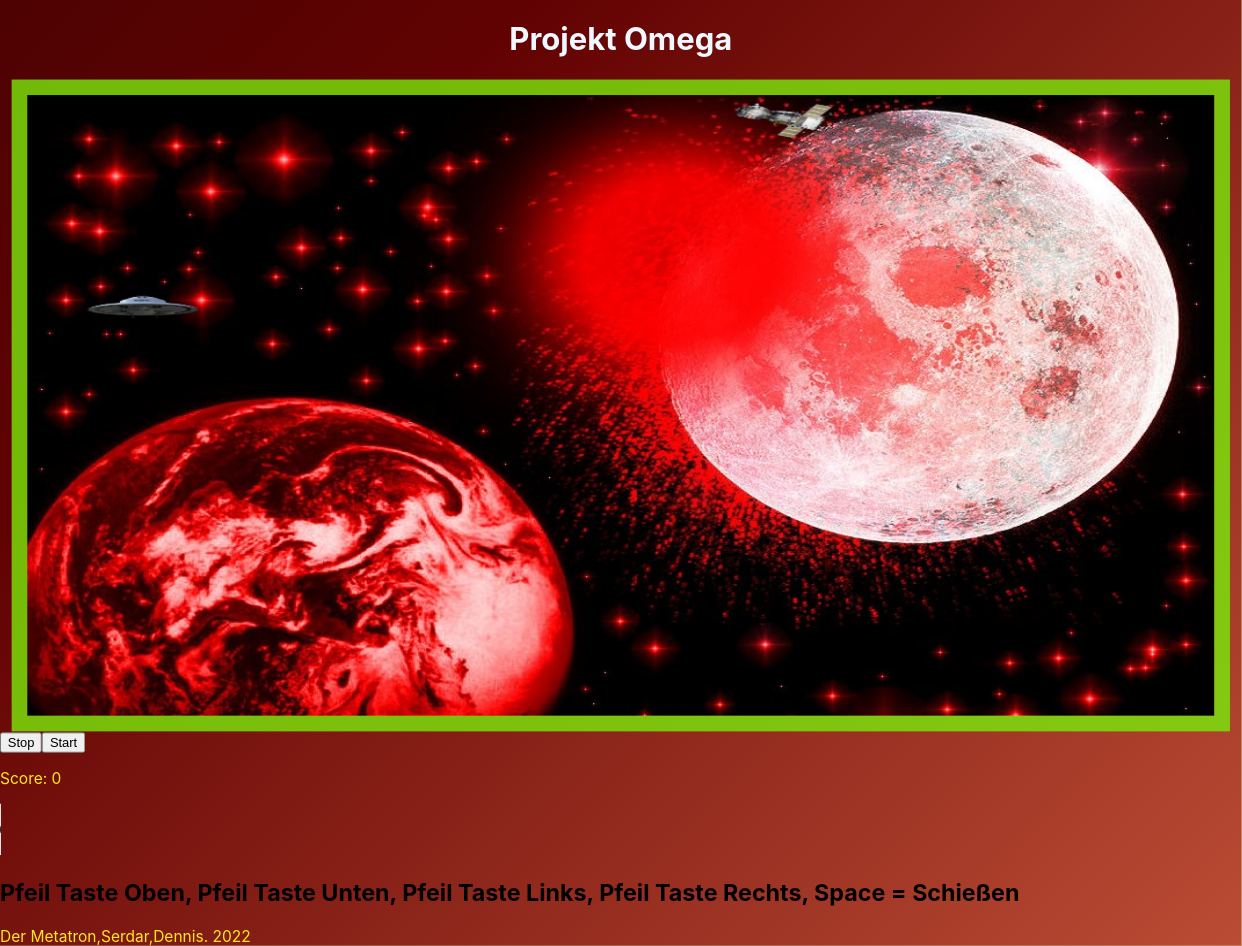
Repository: Der-Metatron/Projekt-Omega-Sprotte
Page: /, after clicking the first element matching `button.startbutton`
An editor plug-in stored every save of this project. The page is shown before and after the next save, followed by the edit.
The browser window is 1280 px wide. The pictures show the whole page, at 97% of full size.
The project was rebuilt for these pictures with package versions that can differ from the ones it lists, and the page was loaded fresh each time.

Above is the page before, as saved 2022-06-23 18:55:39.

### public/index.html
<!DOCTYPE html>
<html lang="de">
  <head>
    <meta charset="UTF-8" />
    <meta name="Metatron" content="width=device-width, initial-scale=1.0" />
    <link rel="stylesheet" href="style.css" />

    <title>Projekt-Omega></title>
  </head>

  <body>
    <!-- <body onload="startGame()"> -->
    <div id="root"></div>
    <!-- TEST -->
    <div id="canvasbackground"></div>
  </body>
</html>

### src/App.js
/* Hier werden die Einzelnen Seiten Hinzugefügt */
import "./App.css";
import { useState } from "react";
import { GameCanvas } from "./components/GameCanvas";
import { Welcome } from "./components/Welcome";
import { Footer } from "./components/Footer";

function App() {
  const [currentPage, setCurrentPage] = useState(0);
  return (
    <div className="App">
      {currentPage === 0 ? (
        <>
          <Welcome
            onContinue={() => {
              setCurrentPage(1);
            }}
          />
        </>
      ) : (
        <>
          <h1>Projekt Omega</h1>
          <GameCanvas />
          <Footer />
        </>
      )}
    </div>
  );
}

export default App;

### src/App.css
html,
body {
  width: 100%;
  height: 100%;
}

h1 {
  text-align: center;
  color: aliceblue;
}

body {
  background: linear-gradient(-45deg, #ee7752, #620202, #000000, #265046);
  background-size: 400% 400%;
  animation: gradient 15s ease infinite;
}

@keyframes gradient {
  0% {
    background-position: 0% 50%;
  }
  50% {
    background-position: 100% 50%;
  }
  100% {
    background-position: 0% 50%;
  }
}

### src/components/GameCanvas.jsx
import React, { useRef, useEffect, useState } from "react";
import { GameControl } from "../services/game-control";
import ReactAudioPlayer from "react-audio-player";

import "./GameCanvas.css";

export const GameCanvas = () => {
  const [score, setScore] = useState(0);
  const [message, setMessage] = useState("");
  const canvasRef = useRef(null);
  const gameControl = useRef(null);

  useEffect(() => {
    const canvas = canvasRef.current;
    const context = canvas.getContext("2d");
    gameControl.current = GameControl(context);
    gameControl.current.addEventListener((event, payload) => {
      switch (event) {
        case "score_changed":
          setScore(payload.score);
          break;
        case "game_over":
          setMessage("Game Over!");
          break;
        default:
          break;
      }
    });
    gameControl.current.startGame();
  }, []);

  return (
    <>
      {/* -----------------Größe desCanvas-------------------------------------- */}
      <canvas
        ref={canvasRef}
        className="game-canvas"
        width="1024"
        height="640"
      />
      {/* --------------Button Stop------------------------------------------- */}
      <button
        className="stopbutton"
        onClick={() => {
          gameControl.current.endGame();
        }}
      >
        Stop
      </button>
      {/* ----------------Button Stsrt------------------------------------ */}
      <button
        className="weiterbutton"
        onClick={() => {
          gameControl.current.startGame();
        }}
      >
        Start
      </button>
      <p className="punkte">Score: {score}</p> {/* Angezeigter Punktezähler */}
      <p>{message}</p> {/* FEHLER */}
      {/* -------------------------------AUDIO----------------------------------------------- */}
      <ReactAudioPlayer
        src="/audio/Musik/titel 1.mp3"
        autoPlay
        controls
        loop
        volume={0.5}
      />
    </>
  );
};

### src/components/Welcome.jsx
import React from "react";
import "./Welcome.css";
import ReactAudioPlayer from "react-audio-player";

function randomPosition() {
  let y = window.innerWidth;
  let x = window.innerHeight;
  let randomX = Math.floor(Math.random() * x);
  let randomY = Math.floor(Math.random() * y);
  return [randomX, randomY];
}

export const Welcome = ({ onContinue }) => {
  const starDivs = [];
  for (let i = 0; i < 400; i++) {
    let xy = randomPosition();
    starDivs.push(
      <div
        key={i}
        className="stars"
        style={{
          top: xy[0],
          left: xy[1],
        }}
      ></div>
    );
  }
  /* ----------------------------------------------------------------------------- */
  console.log(starDivs);
  /* ------------------------------------------------------------------------------ */
  return (
    <div className="welcome-container">
      {starDivs}

      {/* <!-- Erste Inro laufschrift --> */}

      <section className="intro">
        In einer Zeit bei DCI mit einer kleinen aufstrebenden Programmier
        Gruppe...................
      </section>
      <section className="logo">
        <img src="/img/Unbenannt.png" alt="Projekt-Omega Geschichte" />
      </section>
      <div id="scroller">
        <div id="content">
          <p id="title">Episode DCI Abschlussprojekt</p>
          <br></br>
          <p id="subtitle">Projekt-Omega</p>
          <br />
          <p>
            Du bist alleine mit deinen Raumschiff Omega und kämpfst in einer
            Dystopischen Welt voller feindlichen Gegnern ums überleben.Während
            des 21.Jahrhundert befinden sich in der Umlaufbahn des Planeten Erde
            durch Umweltverschmutzung,zügelloser verbrauch der Ressourcen und
            Machthungriger Politiker Unmengen an Weltraum Schrott, Satelliten
            und Gruppen verschiedener Fraktionen die versuchen dir das Licht
            auszuknipsen dazu kommen nach und nach eine Invasion von Feindlichen
            Flug Objekten dazu und machen dir das Leben zur Hölle. Messe dich
            mit anderen Spielern um die Höchste Punktzahl,verewige dich in der
            Highscore und werde der Ultimative Retter des Universums.
          </p>
          <p>
            Idee: Der Metatron. Programming: Der Metatron, Serdar, Dennis. Musik
            & Sound: Der Metatron. Grafik: Emergancy-Romm Tattoo, Pixbay, Der
            Metatron. Backend: Serdar. Canvas build React: Ralf.
          </p>
          <p>Erstellt mit: Canvas, Html, Reackt, MongoDb, Express, Css.</p>
          <p>
            Danke an alle die uns bei diesen Projekt unterstützt haben und uns
            die gelegenheit gegeben haben unser Ideen zu verwirklichen.Special
            Thanks to Ralf & Chriatian. Und jetzt viel Spaß beim Zocken!!!
          </p>
        </div>
      </div>

      <footer>
        {/* ---------------------AUDIO-------------------------------------------- */}
        <ReactAudioPlayer
          src="/audio/Musik/Projekt Omega cut.mp3"
          autoPlay
          controls
          volume={0.5}
        />
        {/* ----------------------------------------------------------------------- */}
        <button
          className="startbutton"
          onClick={() => {
            onContinue();
          }}
        >
          Start Game!
        </button>
      </footer>
    </div>
  );
};

### src/components/Footer.jsx
import React from "react";

export const Footer = () => {
  return (
    <div>
      <h2>
        Pfeil Taste Oben, Pfeil Taste Unten, Pfeil Taste Links, Pfeil Taste
        Rechts, Space = Schießen
      </h2>
      <p>Der Metatron,Serdar,Dennis. 2022</p>
    </div>
  );
};

### src/services/game-control.js
const KeysToWatch = [
  "Space",
  "ArrowUp",
  "ArrowDown",
  "ArrowLeft",
  "ArrowRight",
];
const KeyStates = {};
document.addEventListener("keydown", (e) => {
  if (KeysToWatch.includes(e.code)) {
    e.preventDefault();
    KeyStates[e.code] = true;
  }
});
document.addEventListener("keyup", (e) => {
  if (KeysToWatch.includes(e.code)) {
    e.preventDefault();
    KeyStates[e.code] = false;
  }
});

export const GameControl = (context) => {
  const ctx = context;
  let eventListeners = [];
  let gameStarted = false;
  let score = 0;
  const intervals = {
    update: null,
    createUfos: null,
    checkForCollision: null,
    checkForShoot: null,
  };
  let backgroundImage = new Image();
  let rocket = {
    x: 50,
    y: 200,
    width: 100,
    height: 50,
    src: "img/ufo1.png",
  };
  let ufos = [];
  let shots = [];

  const loadImages = () => {
    backgroundImage.src = "img/- WALLPAPER - (276).jpg";
    rocket.img = new Image();
    rocket.img.src = rocket.src;
  };

  const draw = () => {
    ctx.drawImage(backgroundImage, 0, 0);
    ctx.drawImage(rocket.img, rocket.x, rocket.y, rocket.width, rocket.height);

    ufos.forEach(function (ufo) {
      ctx.drawImage(ufo.img, ufo.x, ufo.y, ufo.width, ufo.height);
    });

    shots.forEach(function (shot) {
      ctx.drawImage(shot.img, shot.x, shot.y, shot.width, shot.height);
    });

    if (gameStarted) {
      requestAnimationFrame(draw);
    }
  };

  const update = () => {
    if (KeyStates.ArrowUp) {
      rocket.y -= 6;
    }
    if (KeyStates.ArrowDown) {
      rocket.y += 6;
    }
    if (KeyStates.ArrowLeft) {
      rocket.x -= 6;
    }

    if (KeyStates.ArrowRight) {
      rocket.x += 6;
    }
    ufos.forEach(function (ufo) {
      if (!ufo.hit) {
        ufo.x -= 5;
      }
    });
    shots.forEach(function (shot) {
      shot.x += 15;
    });
  };

  const createUfos = () => {
    let ufo = {
      x: 800,
      y: Math.random() * 500, // Wir platzieren unsere UFOs an einem zufälligen Ort
      width: 100,
      height: 40,
      src: "img/sat.png",

      img: new Image(),
    };
    ufo.img.src = ufo.src; // Ufo-Bild wird geladen.
    ufos.push(ufo);
  };
  const checkForCollision = () => {
    ufos.forEach(function (ufo) {
      // Kontrollieren, ob UFO mit Rakete kollidiert
      if (
        rocket.x + rocket.width > ufo.x &&
        rocket.y + rocket.height > ufo.y &&
        rocket.x < ufo.x &&
        rocket.y < ufo.y + ufo.height
      ) {
        rocket.img.src = "img/boom3.png";
        console.log("Collion!!!");
        ufos = ufos.filter((u) => u !== ufo);
        gameOver();
      }

      shots.forEach(function (shot) {
        // Kontrollieren, ob Laser mit Rakete kollidiert
        if (
          shot.x + shot.width > ufo.x &&
          shot.y + shot.height > ufo.y &&
          shot.x < ufo.x &&
          shot.y < ufo.y + ufo.height
        ) {
          ufo.hit = true;
          ufo.img.src = "img/boom3.png";
          console.log("Collision!!!");
          increaseScore(10);
          setTimeout(() => {
            ufos = ufos.filter((u) => u !== ufo);
          }, 2000);
        }
      });
    });
  };
  const checkForShoot = () => {
    if (KeyStates.Space) {
      let shot = {
        x: rocket.x + 110,
        y: rocket.y + 22,
        width: 20,
        height: 4,
        src: "img/shot.png",
        img: new Image(),
      };
      shot.img.src = shot.src; // Laser-Bild wird geladen.
      shots.push(shot);
    }
  };

  const gameOver = () => {
    clearIntervals();
    gameStarted = false;
    fireEvent("game_over");
  };

  const increaseScore = (increment) => {
    score += increment;
    fireEvent("score_changed", { score });
  };

  const resetScore = () => {
    score = 0;
    fireEvent("score_changed", { score });
  };

  const clearIntervals = () => {
    for (let [key, value] of Object.entries(intervals)) {
      if (value !== null) {
        clearInterval(value);
      }
      intervals[key] = null;
    }
  };
  const startIntervals = () => {
    clearIntervals();
    intervals.update = setInterval(update, 1000 / 25);
    intervals.createUfos = setInterval(createUfos, 2000);
    intervals.checkForCollision = setInterval(checkForCollision, 1000 / 25);
    intervals.checkForShoot = setInterval(checkForShoot, 1000 / 10);
  };

  const fireEvent = (event, payload) => {
    for (let listener of eventListeners) {
      listener(event, payload);
    }
  };

  const initGame = () => {
    rocket.x = 50;
    rocket.y = 200;
    ufos = [];
    shots = [];
    loadImages();
    clearIntervals();
    resetScore();
  };

  return {
    addEventListener: (listener) => {
      console.log("addEventListener", listener);
      eventListeners.push(listener);
    },
    startGame: () => {
      initGame();
      startIntervals();
      gameStarted = true;
      draw();
    },
    pauseGame: () => {
      clearIntervals();
      gameStarted = false;
    },
    continueGame: () => {
      startIntervals();
      gameStarted = true;
      draw();
    },
    endGame: () => {
      clearIntervals();
      gameStarted = false;
    },
  };
};

### src/components/GameCanvas.css
canvas {
  background-color: rgba(122, 234, 10, 0.8);
  padding-left: 0;
  padding-right: 0;
  margin-left: auto;
  margin-right: auto;
  display: block;
  width: 1224px;
  height: 640px;
  padding: 1rem;
}

### src/components/Welcome.css
@import url("https://fonts.googleapis.com/css2?family=Open+Sans&display=swap");

.welcome-container {
  margin: 0;
  background-color: #000;
  overflow: hidden !important;
}

.welcome-container::after {
  content: "";
  position: fixed;
  top: 0;
  left: 0;
  width: 100%;
  height: 80vh;
  background: linear-gradient(
    to bottom,
    rgba(0, 0, 0, 1) 61%,
    rgba(0, 0, 0, 0.54) 79%,
    rgba(0, 0, 0, 0) 100%
  );
  z-index: 1;
}

.stars {
  position: absolute;
  width: 1px;
  height: 1px;
  background-color: #fff;
  z-index: 3;
}

.intro {
  position: absolute;
  top: 50%;
  left: 50%;
  transform: translate(-50%, -50%);
  z-index: 2;
  color: rgb(75, 213, 238);
  font-family: "Open Sans", sans-serif;
  font-weight: 500;
  font-size: 3.25rem;
  width: 80%;
  opacity: 0;
  animation: intro 6s ease-out 0.5s;
}

@keyframes intro {
  0% {
    opacity: 0;
  }
  20% {
    opacity: 1;
  }
  90% {
    opacity: 1;
  }
  100% {
    opacity: 0;
  }
}

.logo {
  position: absolute;
  top: 50%;
  left: 50%;
  transform: translate(-50%, -50%);
  z-index: 2;
  width: 100%;
  opacity: 0;
  animation: logo 10s ease-out 9s;
}

.logo img {
  width: inherit;
}

@keyframes logo {
  0% {
    opacity: 1;
    transform: translate(-50%, -50%) scale(2);
  }
  70% {
    opacity: 1;
  }
  100% {
    opacity: 0;
    transform: translate(-50%, -50%) scale(0.1);
  }
}

p {
  color: #ffe81f;
}

#scroller {
  font-family: sans-serif;
  font-weight: bold;
  font-size: 350%;
  text-align: justify;
  overflow: hidden;
  height: 50em;
  width: 20em;
  position: absolute;
  bottom: 0;
  left: 50%;
  margin-left: -10em;
  z-index: 0;
  transform: perspective(350px) rotateX(25deg);
  transform-origin: 50% 100%;
}

#scroller::after {
  position: absolute;
  content: "";
  bottom: 60%;
  left: 0;
  right: 0;
  top: 0;
}

#content {
  position: absolute;
  top: 100%;
  animation: scoller 100s linear 16s;
}

@keyframes scoller {
  0% {
    top: 100%;
  }
  100% {
    top: -200%;
  }
}

#title,
#subtitle {
  text-align: center;
  line-height: 1.5rem;
}

#subtitle {
  text-transform: uppercase;
  font-size: 3.5rem;
}

footer {
  position: absolute;
  z-index: 10;
}
/*  */
.startbutton {
  display: inline-block;
  margin: 20px;
  text-decoration: none;
  font-family: Arial;
  font-size: 20px;
  border: 1px solid #56ae00;
  border-radius: 25px 5px 5px 25px;
  background-color: #aae472;
  color: #3c5721;
  padding: 5px 10px 5px 25px;
}
.startbutton:hover {
  padding: 5px 25px 5px 10px;
  border-radius: 5px 25px 25px 5px;
}

Loaded but not shown: src/index.js (common file); src/index.css (common file); src/reportWebVitals.js (common file); public/style.css (empty)

After the next save:
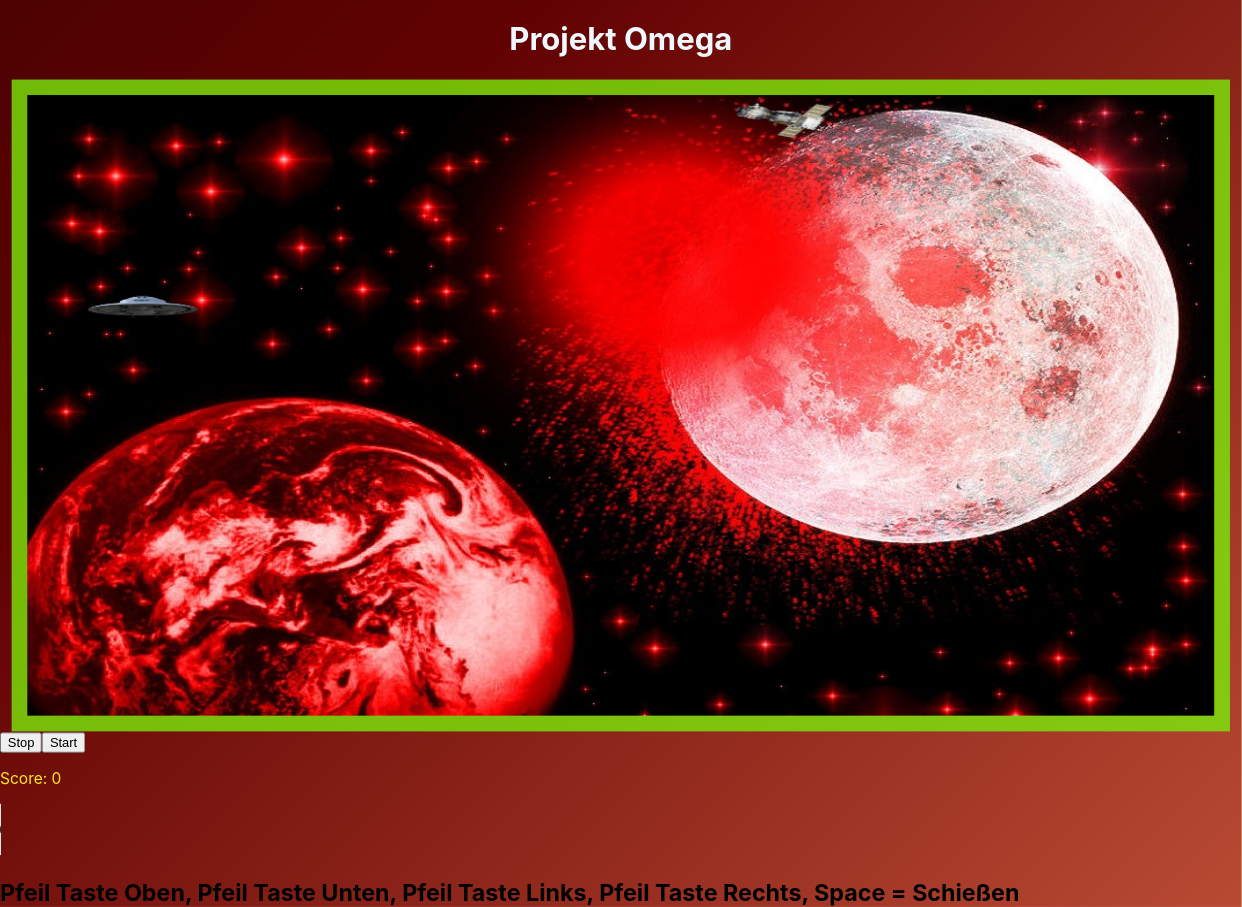
Saved 41 s later.
--- a/src/components/Footer.jsx
+++ b/src/components/Footer.jsx
@@ -7,7 +7,6 @@
         Pfeil Taste Oben, Pfeil Taste Unten, Pfeil Taste Links, Pfeil Taste
         Rechts, Space = Schießen
       </h2>
-      <p>Der Metatron,Serdar,Dennis. 2022</p>
     </div>
   );
 };
